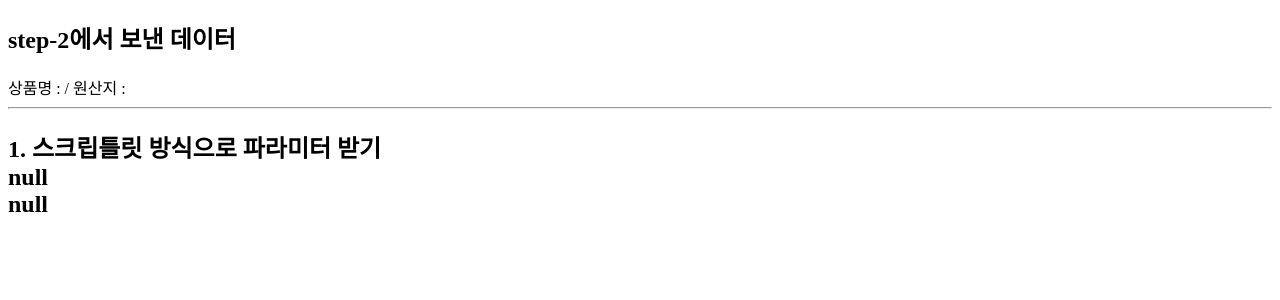
Repository: gajami-kim/240430_JSPJSTL_Study
Page: http://localhost/jstl_study/step-3.jsp
These files come from the project's save history. The page is drawn as it stood at one moment and after the next save; the edit follows.
The browser window is 1280 px wide. The pictures show the whole page.
The page is served by Tomcat 9.

Above is the page before, as saved 2024-04-11 03:10:01.

After the next save:
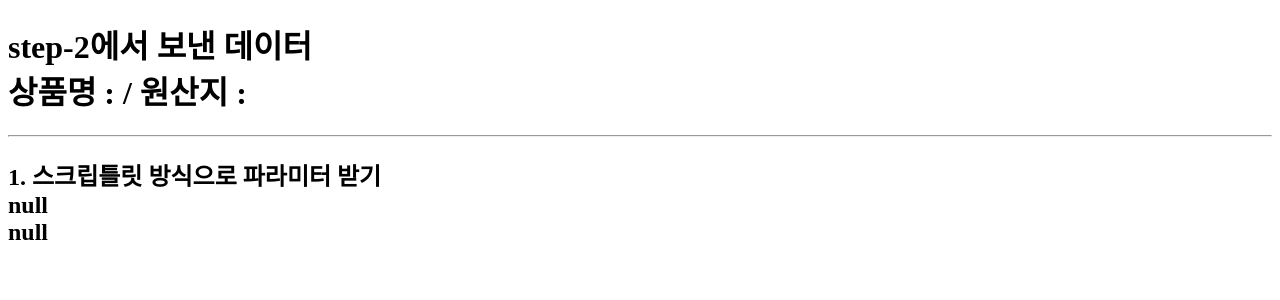
Saved 33 s later.
--- a/_jspl_workspace/jstl_study/src/main/webapp/step-3.jsp
+++ b/_jspl_workspace/jstl_study/src/main/webapp/step-3.jsp
@@ -7,8 +7,9 @@
 <title>Insert title here</title>
 </head>
 <body>
-	<h2>step-2에서 보낸 데이터</h2>
+	<h1>step-2에서 보낸 데이터 <br>
 	상품명 : ${param.name } / 원산지 : ${param.address }
+	</h1>
 	<hr>
 
 	<h2>
